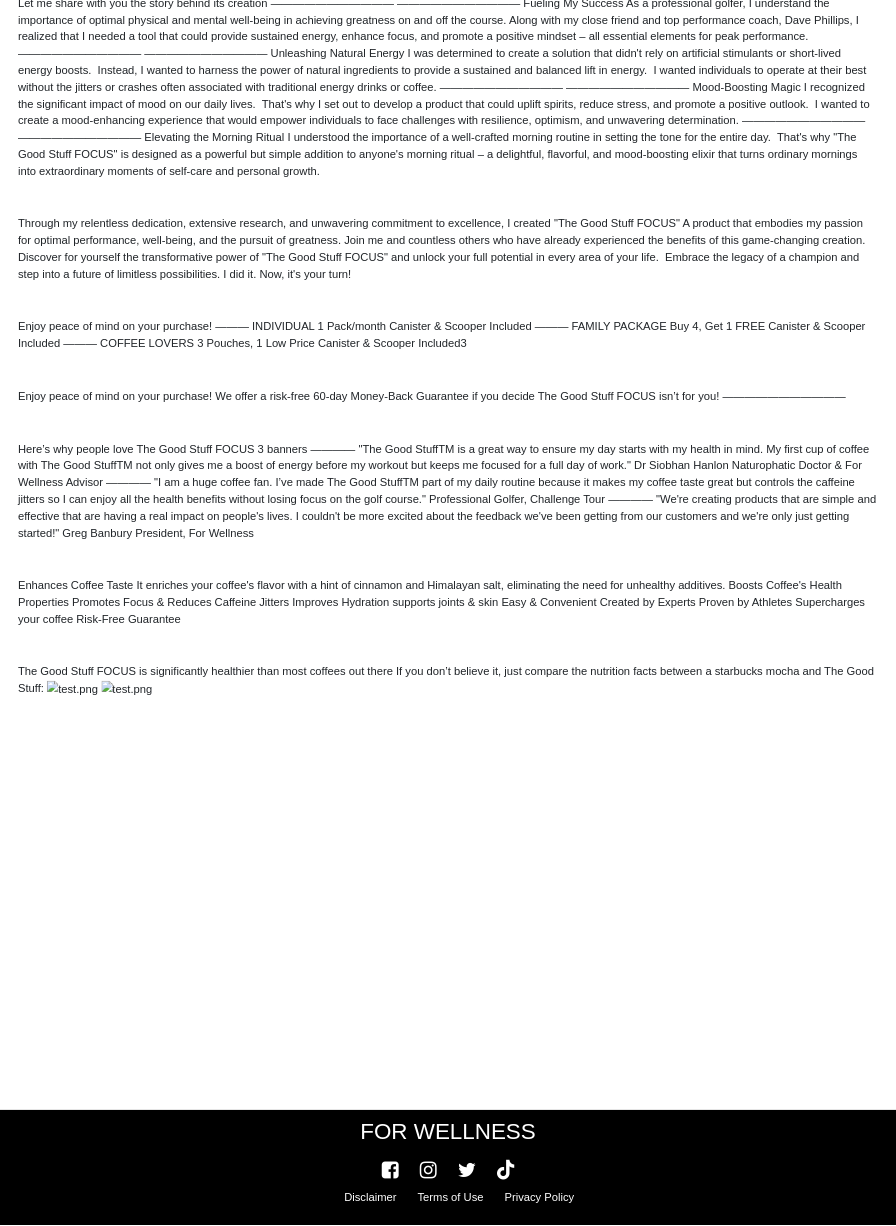
Repository: dariusprince90/wellness-landing
Page: index.html
An editor plug-in stored every save of this project. The page is shown before and after the next save, followed by the edit.
The browser window is 1280 px wide. The pictures show the part of the page from y = 2561 to 4481 px (the page is 4312 px tall before and 4481 px after), at 70% of full size.

Above is the page before, as saved 2023-07-26 10:18:52.

After the next save:
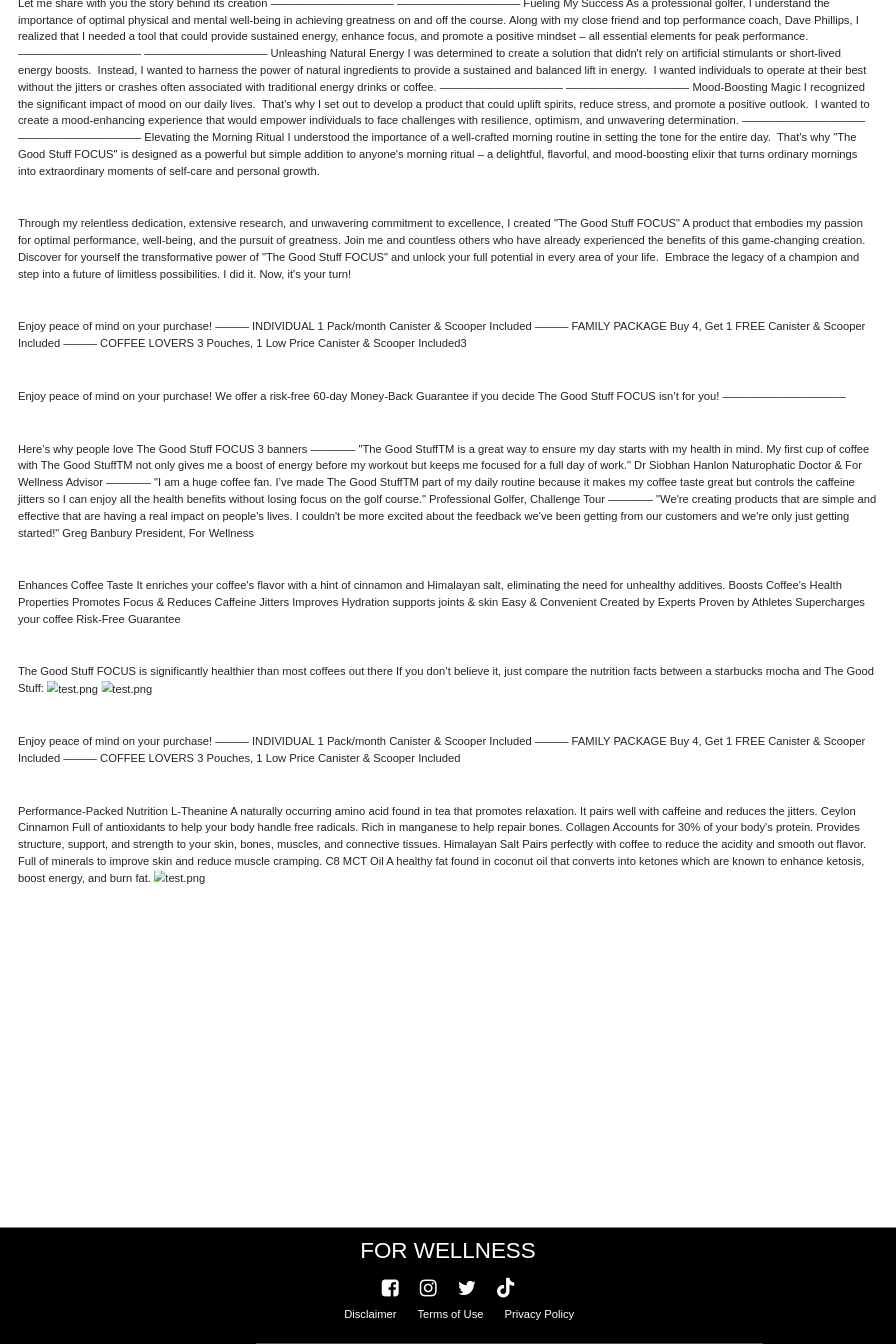
Saved 9 min 20 s later.
--- a/index.html
+++ b/index.html
@@ -506,25 +506,70 @@
 
     </section>
     <section class="s-024-text">
-    </section>
-    <section class="s-00#-text">
-    </section>
-    <section class="s-00#-text">
-    </section>
-
-    <section class="s-00#-text">
-    </section>
-
-    <section class="s-00#-text">
-    </section>
-    <section class="s-00#-text">
-    </section>
-    <section class="s-00#-text">
-    </section>
-    <section class="s-00#-text">
-    </section>
-
-    <section class="s-00#-text">
+        Enjoy peace of mind on your purchase!
+———
+INDIVIDUAL
+1 Pack/month
+Canister & Scooper Included
+———
+FAMILY PACKAGE
+Buy 4, Get 1 FREE
+
+Canister & Scooper Included
+
+———
+COFFEE LOVERS
+
+3 Pouches, 1 Low Price
+
+
+Canister & Scooper Included
+    </section>
+    <section class="s-025-text">
+        Performance-Packed Nutrition
+
+L-Theanine
+
+A naturally occurring amino acid found in tea that promotes relaxation. It pairs well with caffeine and reduces the jitters.
+
+
+Ceylon Cinnamon
+
+
+Full of antioxidants to help your body handle free radicals. Rich in manganese to help repair bones.
+
+
+Collagen
+
+Accounts for 30% of your body's protein. Provides structure, support, and strength to your skin, bones, muscles, and connective tissues.
+
+
+Himalayan Salt
+
+Pairs perfectly with coffee to reduce the acidity and smooth out flavor. Full of minerals to improve skin and reduce muscle cramping.
+
+
+C8 MCT Oil
+
+A healthy fat found in coconut oil that converts into ketones which are known to enhance ketosis, boost energy, and burn fat.
+<img src="" alt="test.png"/>
+    </section>
+    <section class="s-026-text">
+    </section>
+
+    <section class="s-027-text">
+    </section>
+
+    <section class="s-028-text">
+    </section>
+    <section class="s-029-text">
+    </section>
+    <section class="s-030-text">
+    </section>
+    <section class="s-031-text">
+    </section>
+
+    <section class="s-032-text">
     </section>
 
     <section class="s-00#-text">
